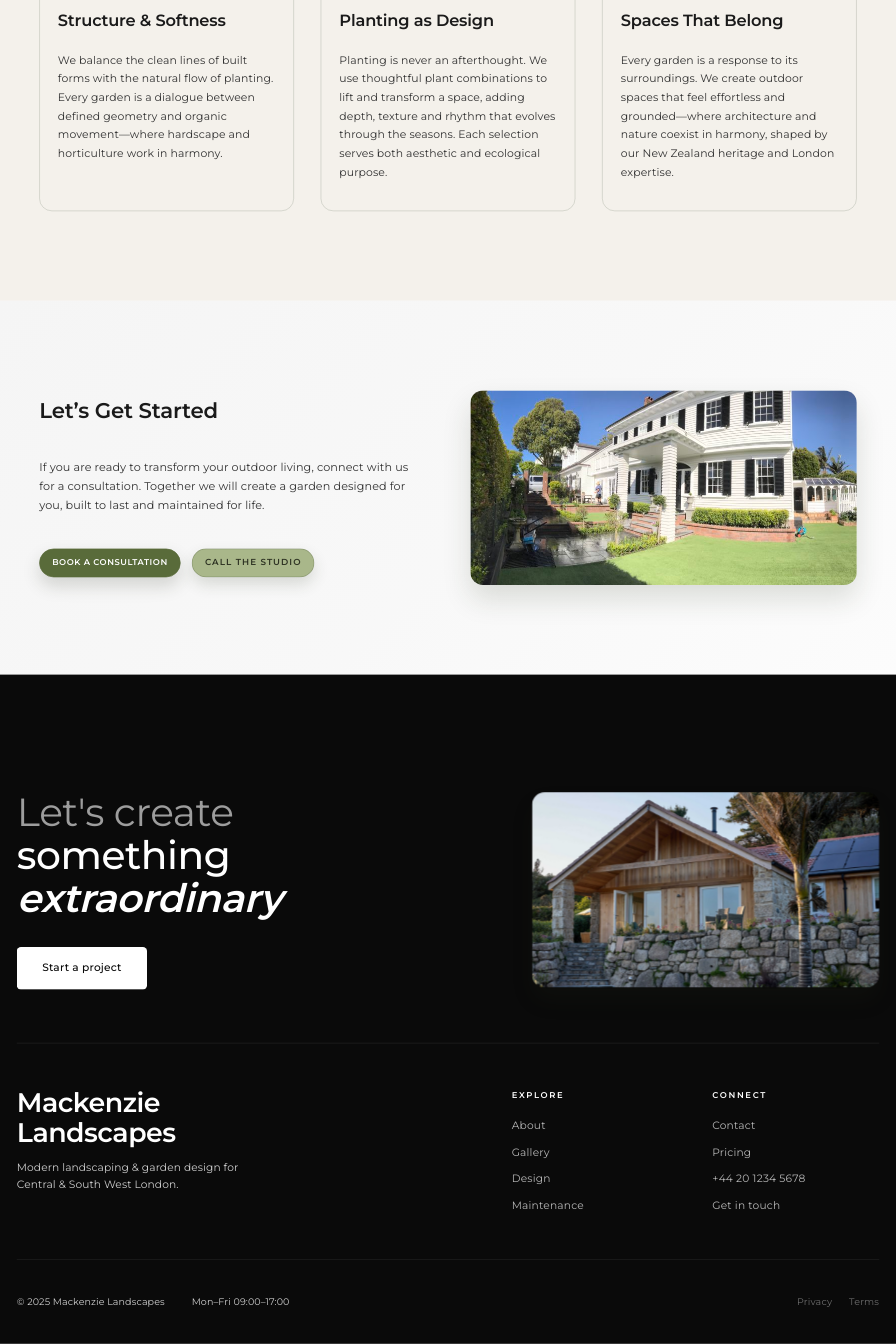
Repository: JoelMann1/MackenzieLandscapes
Page: about.html
The author's editor kept a copy of each file at every save. The page is drawn from the files as they stood at one save, then again after the next save.
The browser window is 1280 px wide. The pictures show the part of the page from y = 2404 to 4324 px (the page is 4324 px tall before and 3790 px after), at 70% of full size.
A picture or video elsewhere on the page could not be fetched, so the positions and the page height are approximate.

Above is the page before, as saved 2025-10-22 17:16:52.

### about.html
<!doctype html>
<html lang="en-GB">
<head>
  <meta charset="utf-8" />
  <meta name="viewport" content="width=device-width, initial-scale=1" />
  <title>About us &mdash; Mackenzie Landscapes</title>
  <meta name="description" content="Who we are, how we work, and why homeowners trust us with their gardens.">
  <meta name="theme-color" content="#1B8A64">
  <link rel="canonical" href="https://mackenzielandscapes.uk/about.html">
  <link rel="icon" href="assets/img/favicon.svg" type="image/svg+xml">
  <link rel="stylesheet" href="assets/css/styles.css">
  <meta property="og:title" content="About us &mdash; Mackenzie Landscapes">
  <meta property="og:description" content="Meet the team behind Mackenzie Landscapes and explore our approach to garden design.">
  <meta property="og:type" content="website">
  <meta property="og:url" content="https://mackenzielandscapes.uk/about.html">
  <meta property="og:image" content="https://mackenzielandscapes.uk/assets/img/IMG-4079-768x1024.jpg">
  <meta property="og:locale" content="en_GB">
</head>
<body>
<a class="skip-link" href="#content">Skip to content</a>
<header class="site-header" data-header>
  <div class="nav-inner">
    <a class="logo" href="index.html" aria-label="Mackenzie Landscapes home">
      <svg aria-hidden="true" viewBox="0 0 64 64"><use href="assets/img/favicon.svg#leaf"/></svg>
      <span class="visually-hidden">Mackenzie Landscapes</span>
    </a>
    <nav class="primary-nav" aria-label="Primary">
      <ul class="menu" role="menubar">
        <li class="menu-item"><a role="menuitem" href="index.html">Home</a></li>
        <li class="menu-item"><a role="menuitem" href="about.html">About</a></li>
        <li class="menu-item has-panel" data-menu="services">
          <button class="menu-trigger" type="button" aria-expanded="false" aria-controls="panel-services" role="menuitem">
            Services
          </button>
          <div id="panel-services" class="menu-panel" role="menu" hidden>
            <div class="panel-col" role="none">
              <span class="panel-heading">Design &amp; Planning</span>
              <a role="menuitem" href="concept-and-design.html">Concept &amp; Design</a>
              <a role="menuitem" href="softscaping.html">Softscaping</a>
            </div>
            <div class="panel-col" role="none">
              <span class="panel-heading">Build &amp; Care</span>
              <a role="menuitem" href="hardscaping.html">Hardscaping</a>
              <a role="menuitem" href="tree-care.html">Tree Care</a>
              <a role="menuitem" href="commercial.html">Commercial</a>
              <a role="menuitem" href="maintenance.html">Maintenance</a>
            </div>
          </div>
        </li>
        <li class="menu-item has-panel" data-menu="projects">
          <button class="menu-trigger" type="button" aria-expanded="false" aria-controls="panel-projects" role="menuitem">
            Projects
          </button>
          <div id="panel-projects" class="menu-panel" role="menu" hidden>
            <div class="panel-col" role="none">
              <span class="panel-heading">Featured</span>
              <a role="menuitem" href="gallery.html">Gallery Overview</a>
              <a role="menuitem" href="gallery.html#lighting">Lighting &amp; ambience</a>
            </div>
            <div class="panel-col" role="none">
              <span class="panel-heading">Details</span>
              <a role="menuitem" href="gallery.html#hardscape">Hardscape detailing</a>
              <a role="menuitem" href="gallery.html#planting">Planting inspiration</a>
            </div>
          </div>
        </li>
        <li class="menu-item"><a role="menuitem" href="pricing.html">Pricing</a></li>
      </ul>
    </nav>
    <div class="nav-cta">
      <a class="cta" href="contact.html">Contact Us</a>
      <a class="phone" href="tel:+442012345678">+44 20 1234 5678</a>
    </div>
    <button class="mobile-menu-toggle" type="button" aria-label="Toggle mobile menu" aria-expanded="false" aria-controls="mobile-menu">
      <span class="hamburger-line"></span>
      <span class="hamburger-line"></span>
      <span class="hamburger-line"></span>
    </button>
  </div>
</header>

<!-- Mobile Menu Overlay -->
<div class="mobile-menu" id="mobile-menu" aria-hidden="true">
  <div class="mobile-menu__inner">
    <nav class="mobile-nav" aria-label="Mobile navigation">
      <ul class="mobile-menu__list">
        <li class="mobile-menu__item">
          <a href="index.html" class="mobile-menu__link">Home</a>
        </li>
        <li class="mobile-menu__item">
          <a href="about.html" class="mobile-menu__link">About</a>
        </li>
        <li class="mobile-menu__item mobile-menu__item--has-submenu">
          <button class="mobile-menu__link mobile-submenu-toggle" type="button" aria-expanded="false">
            Services
            <svg class="submenu-arrow" width="12" height="12" viewBox="0 0 12 12" fill="none">
              <path d="M2 4L6 8L10 4" stroke="currentColor" stroke-width="2" stroke-linecap="round"/>
            </svg>
          </button>
          <ul class="mobile-submenu">
            <li><a href="concept-and-design.html">Concept &amp; Design</a></li>
            <li><a href="softscaping.html">Softscaping</a></li>
            <li><a href="hardscaping.html">Hardscaping</a></li>
            <li><a href="tree-care.html">Tree Care</a></li>
            <li><a href="commercial.html">Commercial</a></li>
            <li><a href="maintenance.html">Maintenance</a></li>
          </ul>
        </li>
        <li class="mobile-menu__item mobile-menu__item--has-submenu">
          <button class="mobile-menu__link mobile-submenu-toggle" type="button" aria-expanded="false">
            Projects
            <svg class="submenu-arrow" width="12" height="12" viewBox="0 0 12 12" fill="none">
              <path d="M2 4L6 8L10 4" stroke="currentColor" stroke-width="2" stroke-linecap="round"/>
            </svg>
          </button>
          <ul class="mobile-submenu">
            <li><a href="gallery.html">Gallery Overview</a></li>
            <li><a href="gallery.html#residential">Residential Gardens</a></li>
            <li><a href="gallery.html#lighting">Lighting Schemes</a></li>
            <li><a href="gallery.html#hardscape">Hardscape Detailing</a></li>
          </ul>
        </li>
        <li class="mobile-menu__item">
          <a href="pricing.html" class="mobile-menu__link">Pricing</a>
        </li>
      </ul>
      <div class="mobile-menu__cta">
        <a class="mobile-cta-btn" href="contact.html">Contact Us</a>
        <a class="mobile-phone" href="tel:+442012345678">+44 20 1234 5678</a>
      </div>
    </nav>
  </div>
</div>
<main id="content"><section class="section section--about-preview"><div class="container about-preview"><div class="about-preview__copy" data-reveal><p class="eyebrow eyebrow--sage">About us</p><h1 class="section-title section-title--display">Meet Mackenzie Landscapes</h1><p>At Mackenzie Landscapes we believe your outdoor space is an extension of your home&mdash;a place to relax, entertain and connect with nature. Every garden we shape is designed to feel calm, functional and deeply personal.</p><p>Founded by a new generation of landscaping professionals, our vision blends refined design with practical craftsmanship so the spaces we deliver feel timeless and live beautifully.</p><div class="about-preview__actions"><a class="btn btn--primary" href="contact.html">Start a consultation</a><a class="btn btn--secondary" href="gallery.html"><span data-alt="View our work">View our work</span></a></div></div><div class="about-preview__media" data-reveal><figure class="about-preview__feature"><img src="assets/img/IMG_4568.jpg" alt="Detailed craftsmanship in garden construction"></figure><div class="about-preview__stack"><img src="assets/img/IMG_7138.jpg" alt="Garden design and planting details"><img src="assets/img/IMG_2052.JPG" alt="Planting and garden design details"></div></div></div></section><div id="header-sentinel" aria-hidden="true"></div>

<section class="section section">
  <div class="container split split--reverse">
    <div data-reveal>
      <div class="story-gallery">
        <figure class="story-gallery__main">
          <img src="assets/img/IMG-4079-768x1024.jpg" alt="Professional landscaping work">
        </figure>
      </div>
    </div>
    <div data-reveal>
      <h2 class="section-title">Our Story</h2>
      <p>Mackenzie Landscapes was founded on a deep connection to the outdoors, shaped by a New Zealand upbringing surrounded by natural beauty and hands-on garden-making. From early on, our founder understood that exceptional landscape design is about more than plants and paving&mdash;it's about atmosphere, purpose, and flow.</p>
      <p>After working with high-end landscaping teams across New Zealand, the UK, and further abroad, and studying landscape architecture, we brought that global experience and design-led approach to London. Today, we serve Central, South West, and Greater London with a commitment to meticulous craftsmanship, creativity, and care.</p>
      <p>Our approach to landscape design is guided by the relationship between structure and softness&mdash;the clean lines of built forms paired with the natural flow of planting. Inspired by the balance between order and organic movement, where defined geometry meets layered, seasonal borders.</p>
      <p>Planting is never an afterthought; it's a key design tool. Through thoughtful combinations, we use plants to lift and transform a space&mdash;adding depth, texture, and rhythm that evolves over time.</p>
      <p>At Mackenzie Landscapes, every garden is a response to its surroundings. The goal is always the same: to create spaces that feel effortless, grounded, and alive&mdash;where architecture and nature coexist in harmony.</p>
    </div>
  </div>
</section>

<section class="section section--values">
  <div class="container values">
    <div class="values__intro" data-reveal>
      <h2 class="section-title">What We Stand For</h2>
      <p>Our design philosophy is rooted in the relationship between structure and softness, where built forms and natural planting create spaces that feel both intentional and alive.</p>
    </div>
    <div class="values__cards" data-reveal>
      <article class="values-item">
        <span class="values-item__icon" aria-hidden="true">
          <svg viewBox="0 0 32 32" fill="none" stroke="currentColor" stroke-width="1.6" stroke-linecap="round" stroke-linejoin="round">
            <path d="M6 24.5v-9L16 7l10 8.5v9" />
            <path d="M13 20c0-1.657 1.343-3 3-3s3 1.343 3 3-1.343 3-3 3-3-1.343-3-3Z" />
            <path d="M6 24.5h20" />
          </svg>
        </span>
        <h3>Structure &amp; Softness</h3>
        <p>We balance the clean lines of built forms with the natural flow of planting. Every garden is a dialogue between defined geometry and organic movement&mdash;where hardscape and horticulture work in harmony.</p>
      </article>
      <article class="values-item">
        <span class="values-item__icon" aria-hidden="true">
          <svg viewBox="0 0 32 32" fill="none" stroke="currentColor" stroke-width="1.6" stroke-linecap="round" stroke-linejoin="round">
            <path d="M16 2v28M2 16h28M8 8l16 16M24 8l-16 16" />
          </svg>
        </span>
        <h3>Planting as Design</h3>
        <p>Planting is never an afterthought. We use thoughtful plant combinations to lift and transform a space, adding depth, texture and rhythm that evolves through the seasons. Each selection serves both aesthetic and ecological purpose.</p>
      </article>
      <article class="values-item">
        <span class="values-item__icon" aria-hidden="true">
          <svg viewBox="0 0 32 32" fill="none" stroke="currentColor" stroke-width="1.6" stroke-linecap="round" stroke-linejoin="round">
            <path d="M16 26c5.523 0 10-4.03 10-9 0-5.802-4.477-11-10-11-3.756 0-6.608 1.92-8.5 4.8" />
            <path d="M6 19c0 4.08 3.268 7 7.5 7 3.59 0 6.5-2.91 6.5-6.5 0-3.037-2.463-5.5-5.5-5.5-2.177 0-4 1.823-4 4 0 1.657 1.343 3 3 3s3-1.343 3-3" />
          </svg>
        </span>
        <h3>Spaces That Belong</h3>
        <p>Every garden is a response to its surroundings. We create outdoor spaces that feel effortless and grounded&mdash;where architecture and nature coexist in harmony, shaped by our New Zealand heritage and London expertise.</p>
      </article>
    </div>
  </div>
</section>





<section class="section alt">
  <div class="container">
    <div class="cta-section" data-reveal>
      <div class="cta-section__content">
        <h2 class="section-title">Let&rsquo;s Get Started</h2>
        <p>If you are ready to transform your outdoor living, connect with us for a consultation. Together we will create a garden designed for you, built to last and maintained for life.</p>
        <div class="cta-section__actions">
          <a class="btn btn--primary" href="contact.html">Book a consultation</a>
          <a class="btn btn--secondary" href="tel:+442012345678"><span data-alt="Call the studio">Call the studio</span></a>
        </div>
      </div>
      <figure class="cta-section__image" data-reveal>
        <img src="assets/img/IMG_7538-768x386.jpeg" alt="Beautiful garden space ready for consultation">
      </figure>
    </div>
  </div>
</section>

</main>
<footer class="site-footer">
  <div class="container">
    <div class="footer-hero footer-hero--with-image">
      <div class="footer-hero__content">
        <h2 class="footer-hero__title">
          <span class="footer-hero__line" data-footer-line>Let's create</span>
          <span class="footer-hero__line footer-hero__line--large" data-footer-line>something</span>
          <span class="footer-hero__line footer-hero__line--accent" data-footer-line>extraordinary</span>
        </h2>
        <div class="footer-hero__cta" data-footer-fade>
          <a href="contact.html" class="footer-cta-btn">Start a project</a>
        </div>
      </div>
      <div class="footer-hero__image" data-footer-fade>
        <img src="assets/img/Racket-Town-Cottage-Tresco-42.jpg" alt="Mackenzie Landscapes project">
      </div>
    </div>

    <div class="footer-content">
      <div class="footer-main">
        <div class="footer-brand" data-footer-fade>
          <h3>Mackenzie<br>Landscapes</h3>
          <p>Modern landscaping &amp; garden design for Central &amp; South West London.</p>
        </div>

        <nav class="footer-nav" aria-label="Footer navigation" data-footer-fade>
          <div class="footer-nav__col">
            <h4>Explore</h4>
            <ul>
              <li><a href="about.html">About</a></li>
              <li><a href="gallery.html">Gallery</a></li>
              <li><a href="concept-and-design.html">Design</a></li>
              <li><a href="maintenance.html">Maintenance</a></li>
            </ul>
          </div>
          <div class="footer-nav__col">
            <h4>Connect</h4>
            <ul>
              <li><a href="contact.html">Contact</a></li>
              <li><a href="pricing.html">Pricing</a></li>
              <li><a href="tel:+442012345678">+44 20 1234 5678</a></li>
              <li><a href="mailto:hello@mackenzielandscapes.co.uk">Get in touch</a></li>
            </ul>
          </div>
        </nav>
      </div>

      <div class="footer-bottom" data-footer-fade>
        <div class="footer-meta">
          <p>&copy; <span id="year"></span> Mackenzie Landscapes</p>
          <p>Mon&ndash;Fri 09:00&ndash;17:00</p>
        </div>
        <div class="footer-legal">
          <a href="#">Privacy</a>
          <a href="#">Terms</a>
        </div>
      </div>
    </div>
  </div>
</footer>
<script src="assets/js/main.js"></script>
</body>
</html>

Loaded but not shown: assets/js/main.js (486 lines, source omitted); assets/css/styles.css (3261 lines, source omitted)

After the next save:
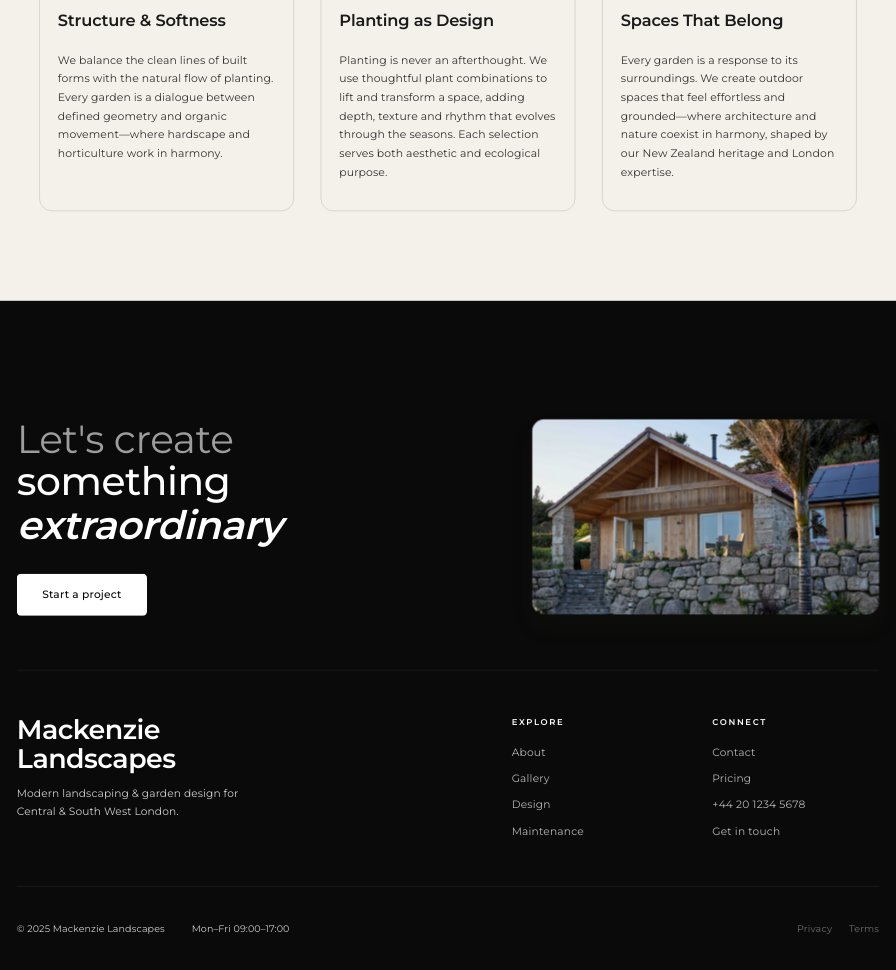
Saved 31 s later.
--- a/about.html
+++ b/about.html
@@ -198,24 +198,6 @@
 
 
 
-<section class="section alt">
-  <div class="container">
-    <div class="cta-section" data-reveal>
-      <div class="cta-section__content">
-        <h2 class="section-title">Let&rsquo;s Get Started</h2>
-        <p>If you are ready to transform your outdoor living, connect with us for a consultation. Together we will create a garden designed for you, built to last and maintained for life.</p>
-        <div class="cta-section__actions">
-          <a class="btn btn--primary" href="contact.html">Book a consultation</a>
-          <a class="btn btn--secondary" href="tel:+442012345678"><span data-alt="Call the studio">Call the studio</span></a>
-        </div>
-      </div>
-      <figure class="cta-section__image" data-reveal>
-        <img src="assets/img/IMG_7538-768x386.jpeg" alt="Beautiful garden space ready for consultation">
-      </figure>
-    </div>
-  </div>
-</section>
-
 </main>
 <footer class="site-footer">
   <div class="container">
